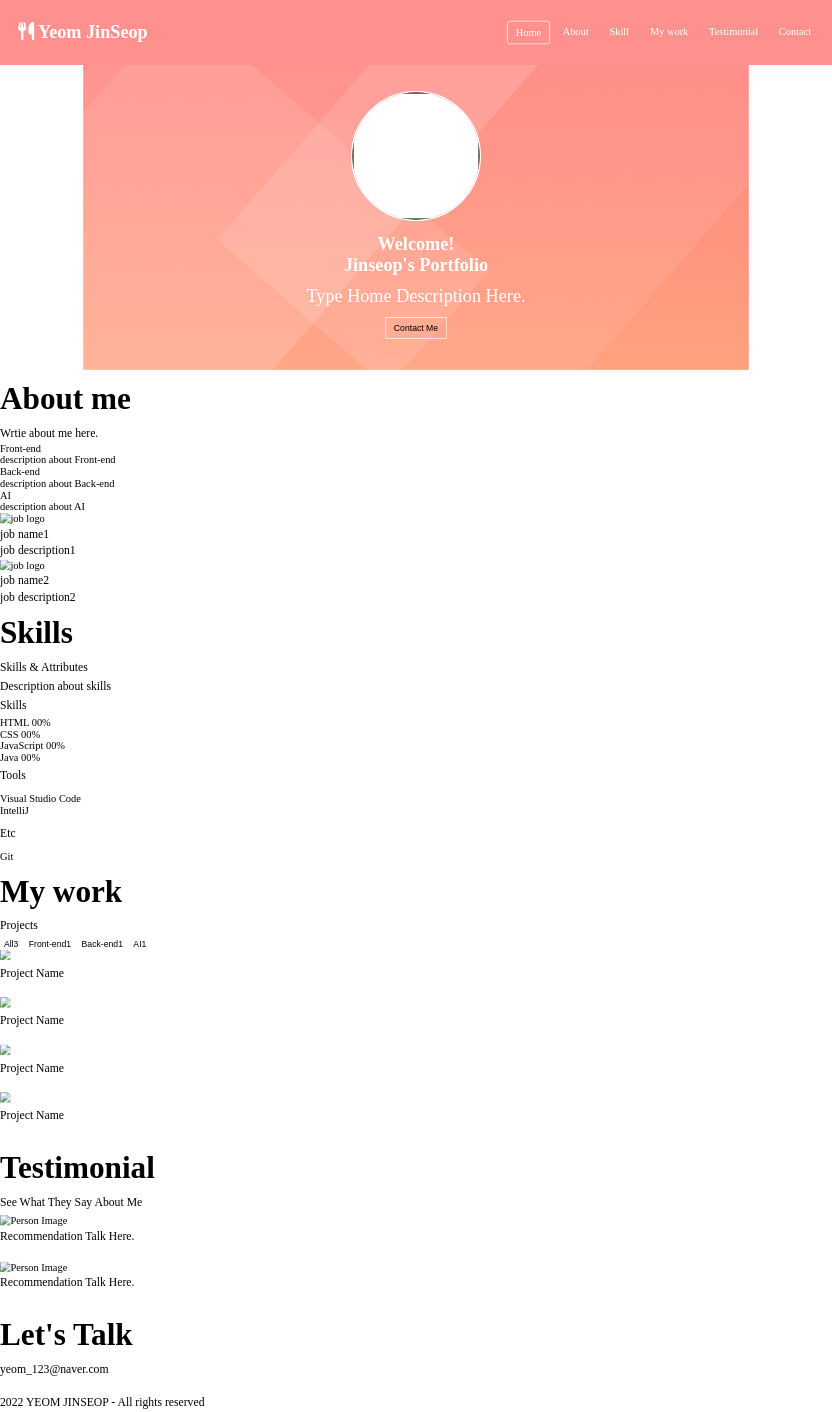
Repository: YEOMJINSEOP/yeomjinseop.github.io
Page: index.html
The author's editor kept a copy of each file at every save. The page is drawn from the files as they stood at one save, then again after the next save.
The browser window is 1280 px wide. The pictures show the whole page, at 65% of full size.
Some web libraries are served in a nearby version.

Above is the page before, as saved 2022-08-14 11:50:54.

### index.html
<!DOCTYPE html>
<html lang="en">
<head>
  <meta charset="UTF-8">
  <meta http-equiv="X-UA-Compatible" content="IE=edge">
  <meta name="viewport" content="width=device-width, initial-scale=1.0">
  <title>Jinseop's Portfolio</title>
  <meta name="author" content="Jinseop Yeom">
  <meta name="description" content="Portfolio Website For Jinseop Yeom">

  <!--Logo Image-->
  <link rel="icon" type="image/png" href="images/favicon.png">


  <!--Font Awesome-->
  <script src="https://kit.fontawesome.com/d24b25bb21.js" crossorigin="anonymous"></script>

  <!--Google Fonts-->
  <link rel="preconnect" href="https://fonts.googleapis.com">
  <link rel="preconnect" href="https://fonts.gstatic.com" crossorigin>
  <link href="https://fonts.googleapis.com/css2?family=Open+Sans:wght@400;600;700&display=swap" rel="stylesheet">

  <!--CSS-->
  <link rel="stylesheet" href="style.css">

  <!--JavaScript-->
  <script src="main.js" defer></script>

</head>
<body>
  <!--Navbar-->
  <nav id="navbar">
    <div class="navbar__logo">
      <i class="fa-solid fa-utensils"></i>
      <a href="#">Yeom JinSeop</a>
    </div>
    <div>
      <ul class="navbar__menu">
        <li class="navbar__menu__item active">Home</li>
        <li class="navbar__menu__item">About</li>
        <li class="navbar__menu__item">Skill</li>
        <li class="navbar__menu__item">My work</li>
        <li class="navbar__menu__item">Testimonial</li>
        <li class="navbar__menu__item">Contact</li>
      </ul>
    </div>
  </nav>

  <!-- Home -->
  <section id="home">
    <img src="/images/whileimage.png" alt="Jinseop's image" class="home__avatar">
    <h1 class="home__title">Welcome! <br/> Jinseop's Portfolio</h1>
    <h3 class="home__description">Type Home Description Here.</h3>
    <button class="home__button">Contact Me</button>
  </section>

  <!--About-->
  <section id="about">
    <h1>About me</h1>
    <p>Wrtie about me here.</p>
    <div class="about__majors">
      <div class="major">
        <div class="major__icon">

        </div>
        <div class="major__title">
          Front-end
        </div>
        <div class="major__description">
          description about Front-end
        </div>
      </div>
    </div>
    <div class="about__majors">
      <div class="major">
        <div class="major__icon">

        </div>
        <div class="major__title">
          Back-end
        </div>
        <div class="major__description">
          description about Back-end
        </div>
      </div>
    </div>
    <div class="about__majors">
      <div class="major">
        <div class="major__icon">

        </div>
        <div class="major__title">
          AI
        </div>
        <div class="major__description">
          description about AI
        </div>
      </div>
    </div>
    <div class="about__jobs">
      <div class="job">
        <img src="" alt="job logo" class="job__logo">
        <p class="job__name">job name1</p>
        <p class="job__description">job description1</p>
      </div>
      <div class="job">
        <img src="" alt="job logo" class="job__logo">
        <p class="job__name">job name2</p>
        <p class="job__description">job description2</p>
      </div>
    </div>
  </section>

  <!--Skills-->
  <section id="skills">
    <h1>Skills</h1>
    <h3>Skills & Attributes</h3>
    <p>Description about skills</p>
    <div class="skillset">
      <div class="skillset__left">
        <h3 class="skillset__title">Skills</h3>
        <div class="skill">
          <div class="skill_description">
            <span>HTML</span>
            <span>00%</span>
          </div>

          <div class="skill__bar">
            <div class="skill__value"></div>
          </div>
        </div>

        <div class="skill">
          <div class="skill_description">
            <span>CSS</span>
            <span>00%</span>
          </div>

          <div class="skill__bar">
            <div class="skill__value"></div>
          </div>

          <div class="skill">
            <div class="skill_description">
              <span>JavaScript</span>
              <span>00%</span>
            </div>

            <div class="skill__bar">
              <div class="skill__value"></div>
            </div>
          </div>
        </div>

        <div class="skill">
          <div class="skill_description">
            <span>Java</span>
            <span>00%</span>
          </div>

          <div class="skill__bar">
            <div class="skill__value"></div>
          </div>
        </div>
      </div>
      <div class="skillset_right">
        <div class="tools">
          <h3 class="skillset__title">Tools</h3>
          <ul class="tools_list">
            <li><span>Visual Studio Code</span></li>
            <li><span>IntelliJ</span></li>
          </ul>
        </div>

        <div class="etc">
          <h3 class="skillset__title">Etc</h3>
          <ul class="etc__list">
            <li><span>Git</span></li>
          </ul>
        </div>

      </div>
    </div>
  </section>

  <!--Work-->
  <section id="work">
    <h1>My work</h1>
    <h3>Projects</h3>
    <div class="work__categories">
      <button class="category__btn">All<span class="category__count">3</span></button>
      <button class="category__btn">Front-end<span class="category__count">1</span></button>
      <button class="category__btn">Back-end<span class="category__count">1</span></button>
      <button class="category__btn">AI<span class="category__count">1</span></button>
    </div>

    <div class="work__projects">
      <a href="#" class="project" target="blank">
        <img src="" alt="project image" class="project__image">
        <div class="project__description">
          <h3>Project Name</h3>
          <span>Description about Project</span>
        </div>
      </a>

      <a href="#" class="project" target="blank">
        <img src="" alt="project image" class="project__image">
        <div class="project__description">
          <h3>Project Name</h3>
          <span>Description about Project</span>
        </div>
      </a>

      <a href="#" class="project" target="blank">
        <img src="" alt="project image" class="project__image">
        <div class="project__description">
          <h3>Project Name</h3>
          <span>Description about Project</span>
        </div>
      </a>

      <a href="#" class="project" target="blank">
        <img src="" alt="project image" class="project__image">
        <div class="project__description">
          <h3>Project Name</h3>
          <span>Description about Project</span>
        </div>
      </a>
    </div>
  </section>

  <!--Testimonial-->
  <section id="testimonial">
    <h1>Testimonial</h1>
    <h3>See What They Say About Me</h3>
    <div class="testimonials">
      <div class="testimonial">
        <img src="" alt="Person Image" class="testimonial__avatar">
        <div class="testimonial__speech_bubble">
          <p>Recommendation Talk Here.</p>
          <p class="name"><a href="#">Professor A</a></p>
        </div>
      </div>

      <div class="testimonial">
        <img src="" alt="Person Image" class="testimonial__avatar">
        <div class="testimonial__speech_bubble">
          <p>Recommendation Talk Here.</p>
          <p class="name"><a href="#">Professor A</a></p>
        </div>
      </div>
    </div>
  </section>

  <!--Contact-->
  <section id="contact">
    <h1>Let's Talk</h1>
    <h3>yeom_123@naver.com</h3>
    <div class="contact_links">
      <a href="#" target="blank">
        <i class = "fab fa-github"></i>
      </a>

      <a href="#" target="blank">
        <i class = "fa fa-linkedin-square"></i>
      </a>
    </div>
    <p class="contact_rights">
      2022 YEOM JINSEOP - All rights reserved
    </p>
  </section>
</body>
</html>

### style.css
 /* Global */

 :root{
  /* Color */
  --color-white: #ffffff;
  --color-light-white: #eeeeee;
  --color-dark-whtie: #bdbdbd;
  --color-pink: #fe918d;
  --color-dark-pink: #ff6863;
  --color-black: #4d4d4d;
  --color-grey: #616161;
  --color-light-gray: #7c7979;
  --color-blue: #73aace;
  --color-yellow: #fff7d1;
  --color-orange: #feb546;
  --color-black: #000000;

  /* Font size */
  --font-large: 48px;
  --font-medium: 28px;
  --font-regular: 18px;
  --font-small: 16px;
  --font-micro: 14px;


  /* Font Weight */
  --weight-bold: 700;
  --weight-semi-bold: 600;
  --weight-regular: 400;

  /* Size */
  --size-border-radius: 4px;

 }

 /* Universal tages */
 * {
  box-sizing: border-box;
 }

 body{
  margin: 0;
  font-family:'Gill Sans', 'Gill Sans MT', Calibri, 'Trebuchet MS', sans-serif
  cursor: default;
}

 a{
  text-decoration: none;
  color: var(--color-white);
 }

 ul{
  list-style: none;
  padding-left: 0;
 }

 button{
  background-color: transparent;
  border: none;
  cursor: pointer;
 }



 /* Typography */

 h1{
  font-size: var(--font-large);
  font-weight: var(--weight-bold);
  color: var(--color-black);
  margin: 16px 0;
 }

 h2{
  font-size: var(--font-medium);
  font-weight: var(--weight-semi-bold);
  color: var(--color-black);
  margin: 8px 0;
 }

 h3{
  font-size: var(--font-regular);
  font-weight: var(--weight-regular);
  color: var(--color-black);
  margin: 8px 0;
 }

 p{
  font-size: var(--font-regular);
  font-weight:  var(--font-regular);
  color: var(--color-black);
  margin: 4px 0;
 }

 /* Body  */

 /* Nav */
 #navbar{
  display: flex;
  justify-content: space-between;
  align-items: center;
  background-color: var(--color-pink);
  color: var(--color-white);
  padding: 16px;
 }

 .navbar__logo{
  font-size: var(--font-medium);
  font-weight: var(--weight-semi-bold);
  padding: 8px 12px;
 }

 .navbar__menu{
  display: flex;
  font-size: var(--font-small);
  font-weight: var(--weight-regular);
 }

 .navbar__menu__item.active{
  border: 1px solid white;
 }

 .navbar__menu__item{
  padding: 8px 12px;
  margin: 0 4px;
  border-radius: var(--size-border-radius);
  cursor: pointer;
 }

 .navbar__menu__item:hover{
  background-color: var(--color-dark-pink);
 }

 /* Home */

 #home{
  background-image: url('/images/homebackground.png');
  background-position: center;
  background-repeat: no-repeat;
  padding: 40px;
  text-align: center;
 }

 .home__avatar{
  border: 2px solid var(--color-white);
  border-radius: 100%;
  width: 200px;
  height: 200px;
 }

 .home__title,
 .home__description{
  font-size: var(--font-medium);
  color: var(--color-white);
 }

 .home__button{
  border: 1px solid var(--color-white);
  padding: 8px 12px;
  margin: 8px;
 }

Loaded but not shown: main.js (no copy from this time; the picture is the same without it)

After the next save:
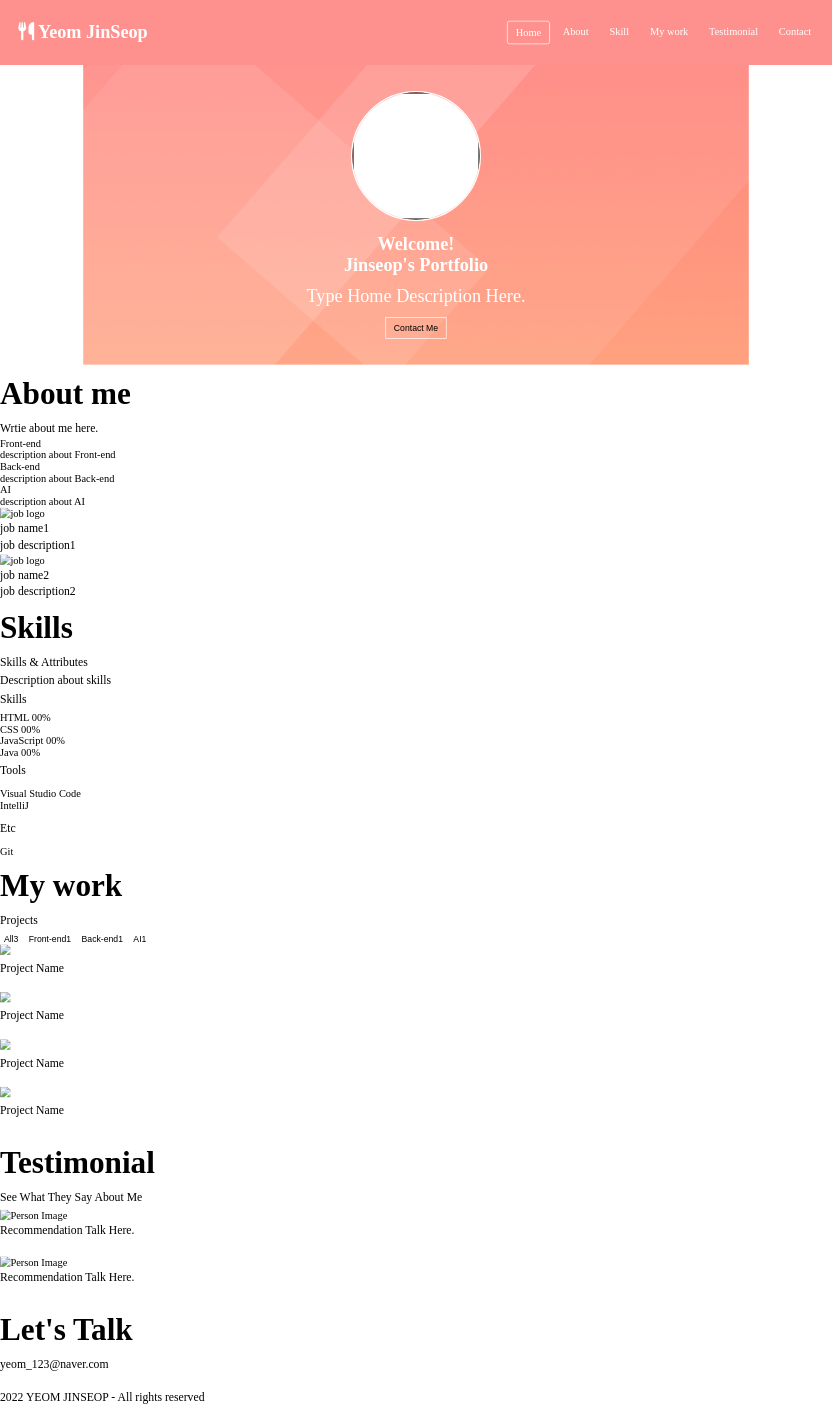
Saved 9 s later.
--- a/style.css
+++ b/style.css
@@ -157,5 +157,5 @@
  .home__button{
   border: 1px solid var(--color-white);
   padding: 8px 12px;
-  margin: 8px;
+  margin-top: 8px;
  }
